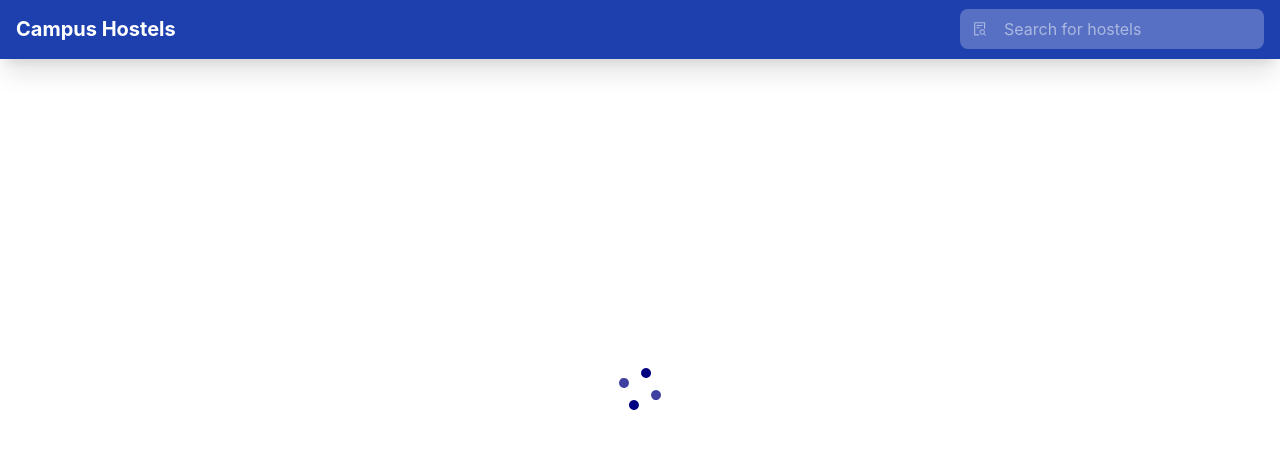
Repository: MuniruIssah/campushostels
Page: /
The author's editor kept a copy of each file at every save. The page is drawn from the files as they stood at one save, then again after a run of saves.
The browser window is 1280 px wide. The pictures show the whole page.
The page's requests for data from a server got no answer. The project was rebuilt for these pictures with package versions that can differ from the ones it lists, and the page was loaded fresh each time. No one was signed in, and anything a server would have sent is missing. Also part of the build but not shown: src/App.css, src/components/Map.js, src/components/Sidebar.js.

Above is the page before, as saved 2022-02-21 21:29:52.

### src/App.js
import logo from "./logo.svg";
import "./App.css";
import Home from "./pages/Home";
import {app} from './firebase.config'
function App() {
  return (
    <div className="container">
      <Home />
    </div>
  );
}

export default App;

### src/pages/Home.js
import React from "react";
import Header from "../components/Header";
import Map from "../components/Map";
import Sidebar from "../components/Sidebar";
import HostelsProvider from "../contexts/HostelContext";

const Home = () => {
  return (
    <div className="flex flex-col h-screen w-screen">
      <Header />
      <div className="flex h-full w-full">
        <HostelsProvider>
          <Sidebar />
          <Map />
        </HostelsProvider>
      </div>
    </div>
  );
};

export default Home;

### src/firebase.config.js
import { initializeApp } from "firebase/app";

const firebaseConfig = {
  apiKey: "AIzaSyB4vPR-Q-WV82PEnnO3BQXOJDbG-ij07YY",
  authDomain: "campus-hostels.firebaseapp.com",
  projectId: "campus-hostels",
  storageBucket: "campus-hostels.appspot.com",
  messagingSenderId: "1060283354375",
  appId: "1:1060283354375:web:4d51655af15a73071849a2",
};

export const app = initializeApp(firebaseConfig);

### src/components/Header.js
import React from "react";
import { AiOutlineFileSearch } from "react-icons/ai";
const Header = () => {
  return (
    <div className="flex justify-between items-center px-4 h-16 shadow shadow-xl bg-blue-800">
      <h1 className="hidden md:block text-white text-xl font-bold">Campus Hostels</h1>
      <div className="w-full md:w-auto flex justify-start items-center space-x-4 bg-white/25 py-2 px-3 rounded rounded-lg">
        <AiOutlineFileSearch className="text-white/50" />
        <input
          type="text"
          className="outline-none caret-white/75 text-white placeholder:text-white/50 bg-transparent"
          placeholder="Search for hostels"
        />
      </div>
    </div>
  );
};

export default Header;

### src/contexts/HostelContext.js
import React, { useContext, useEffect, useState } from "react";
import { initializeApp } from "firebase/app";
import { getFirestore, collection, getDocs } from "firebase/firestore";
import HashLoader from "react-spinners/HashLoader";
import {app} from '../firebase.config'


const db = getFirestore(app);

const HostelsContext = React.createContext();
export const useHostels = () => useContext(HostelsContext);

const HostelsProvider = ({ children }) => {
  const [hostels, setHostels] = useState([]);

  useEffect(() => {
    getHostels(db);
  }, []);

  async function getHostels(db) {
    const hostelsCol = collection(db, "hostels");
    const hostelSnapshot = await getDocs(hostelsCol);
    const hostelList = hostelSnapshot.docs.map((doc) => doc.data());
    console.log("hostelList", hostelList);
    setHostels(hostelList);
  }
  let values = {
    hostels,
  };
  return (
    <HostelsContext.Provider value={values}>
      {hostels.length === 0 ? <Loader /> : children}
    </HostelsContext.Provider>
  );
};

export default HostelsProvider;

const Loader = () => {
  return (
    <div className="flex justify-center items-center w-full h-full">
      <HashLoader color="navy" />
    </div>
  );
};

Loaded but not shown: public/index.html (common file); src/index.js (common file); src/index.css (common file); src/reportWebVitals.js (common file); tailwind.config.js (common file)

After the next 2 saves:
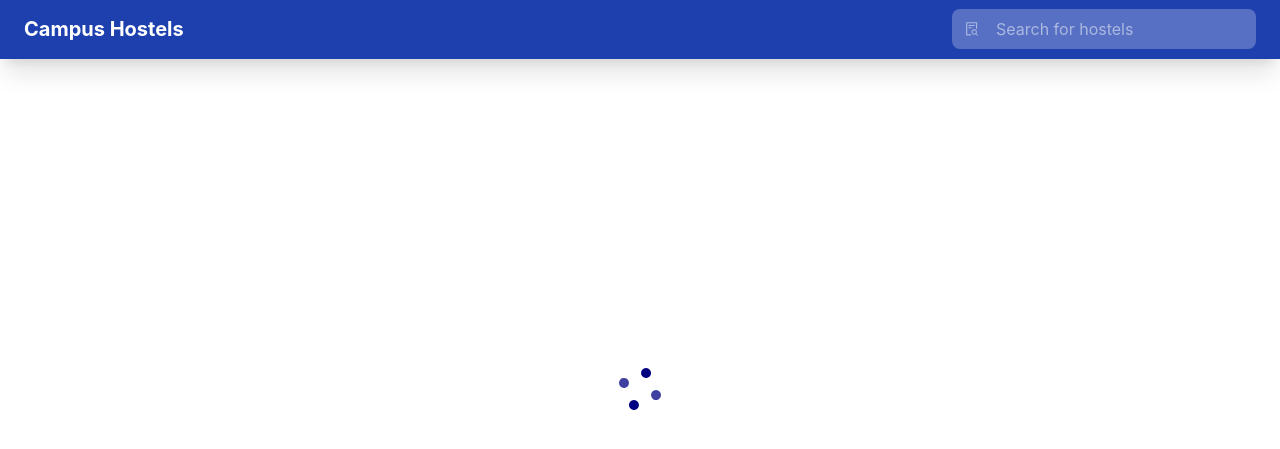
The 2 saves are shown as one change because they came seconds apart.
The last was saved 18 s later.
--- a/src/components/Header.js
+++ b/src/components/Header.js
@@ -2,7 +2,7 @@ import React from "react";
 import { AiOutlineFileSearch } from "react-icons/ai";
 const Header = () => {
   return (
-    <div className="flex justify-between items-center px-4 h-16 shadow shadow-xl bg-blue-800">
+    <div className="flex justify-between items-center px-6 h-16 shadow shadow-xl bg-blue-800">
       <h1 className="hidden md:block text-white text-xl font-bold">Campus Hostels</h1>
       <div className="w-full md:w-auto flex justify-start items-center space-x-4 bg-white/25 py-2 px-3 rounded rounded-lg">
         <AiOutlineFileSearch className="text-white/50" />
